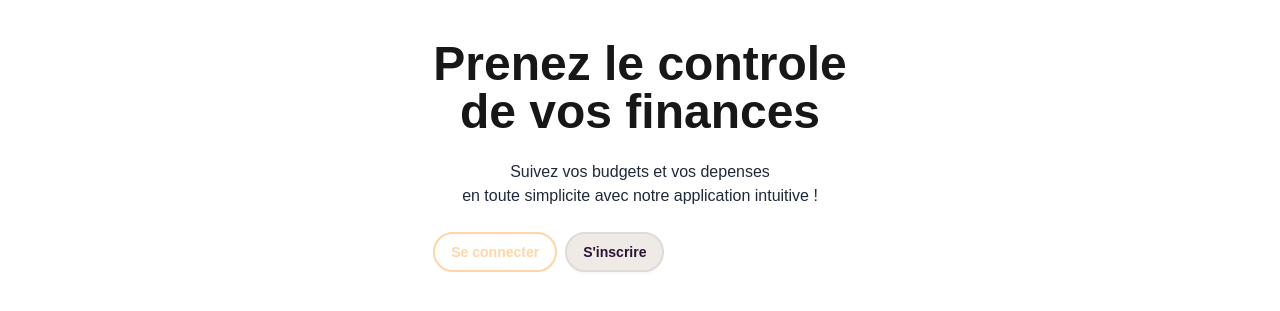
Repository: gitPaved/etrack-v1
Page: /
The author's editor kept a copy of each file at every save. The page is drawn from the files as they stood at one save, then again after the next save.
The browser window is 1280 px wide. The pictures show the whole page.
The project was rebuilt for these pictures with package versions that can differ from the ones it lists, and the page was loaded fresh each time. The framework's server and built-in components were replaced by stand-ins that run in the browser. Also part of the build but not shown: next.config.ts.

Above is the page before, as saved 2025-03-03 16:27:57.

### app/layout.tsx
import type { Metadata } from "next";
import { Geist, Geist_Mono } from "next/font/google";
import "./globals.css";

const geistSans = Geist({
  variable: "--font-geist-sans",
  subsets: ["latin"],
});

const geistMono = Geist_Mono({
  variable: "--font-geist-mono",
  subsets: ["latin"],
});

export const metadata: Metadata = {
  title: "Create Next App",
  description: "Generated by create next app",
};

export default function RootLayout({
  children,
}: Readonly<{
  children: React.ReactNode;
}>) {
  return (
    <html lang="en" data-theme="cupcake">
      <body
        className={`${geistSans.variable} ${geistMono.variable} antialiased`}
      >
        {children}
      </body>
    </html>
  );
}

### app/page.tsx
import Image from "next/image";
import Link from "next/link";

export default function Home() {
  return (
    <div className="flex items-center justify-between flex-col py-10 w-full">
      <div>
        <div className="flex flex-col">
          <h1 className="text-4xl md:text-5xl font-bold text-center">
            Prenez le controle <br /> de vos finances
          </h1>
          <p className="py-6 text-gray-800 text-center">
            Suivez vos budgets et vos depenses <br /> en toute simplicite avec notre application intuitive !
          </p>
          <div>
            <Link href={""} className="btn btn-sm md:btn-md btn-outline btn-accent">Se connecter</Link>
            <Link href={""} className="btn btn-sm md:btn-md ml-2">S'inscrire </Link>

          </div>
        </div>
      </div>
    </div>
  );
}

### app/globals.css
@import "tailwindcss";
@plugin "daisyui" {
  themes: light --default, dark --prefersdark, cupcake;
}

@theme {
  --font-sans: var(--font-geist-sans);
  --font-mono: var(--font-geist-mono);
}

:root {
  --background: #ffffff;
  --foreground: #171717;
}

@media (prefers-color-scheme: dark) {
  :root {
    --background: #0a0a0a;
    --foreground: #ededed;
  }
}

body {
  color: var(--foreground);
  background: var(--background);
  font-family: Arial, Helvetica, sans-serif;
}

After the next save:
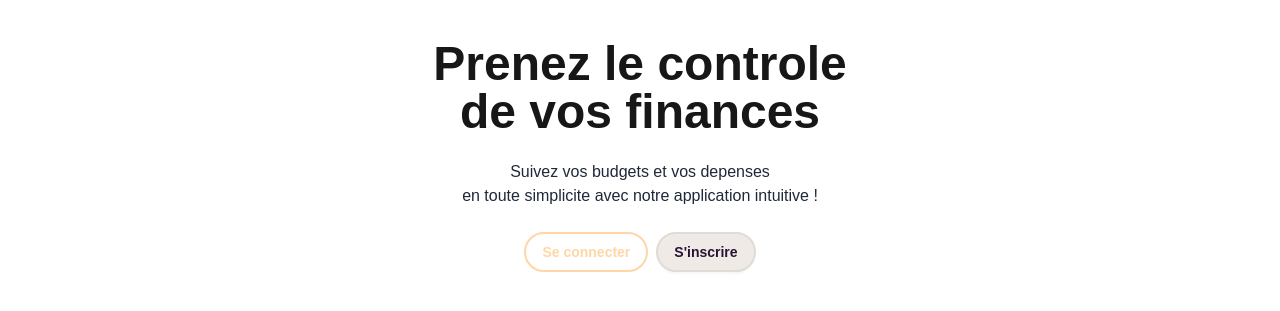
Saved 76 s later.
--- a/app/page.tsx
+++ b/app/page.tsx
@@ -12,7 +12,7 @@ export default function Home() {
           <p className="py-6 text-gray-800 text-center">
             Suivez vos budgets et vos depenses <br /> en toute simplicite avec notre application intuitive !
           </p>
-          <div>
+          <div className="flex justify-center items-center">
             <Link href={""} className="btn btn-sm md:btn-md btn-outline btn-accent">Se connecter</Link>
             <Link href={""} className="btn btn-sm md:btn-md ml-2">S'inscrire </Link>
 
